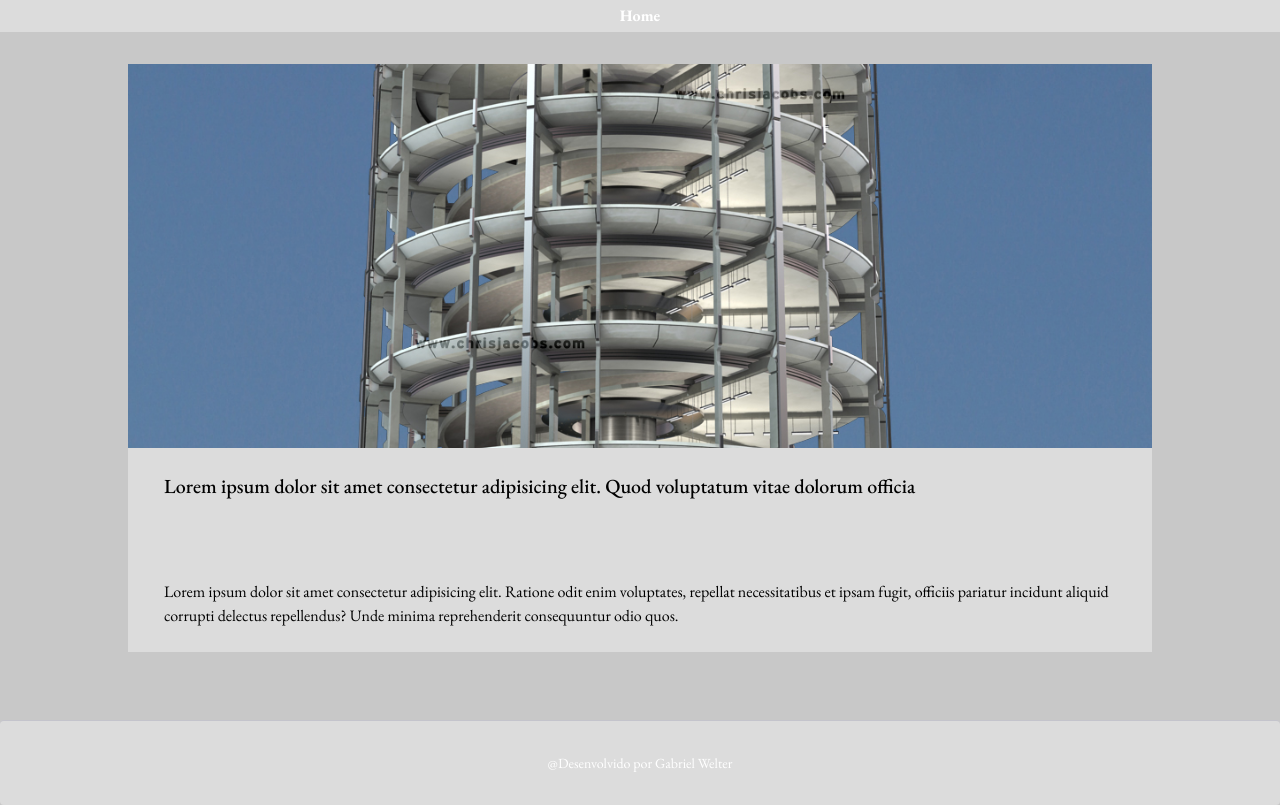
Repository: weltergab/Your-News-2-prismic-cms
Page: /noticiafull
An editor plug-in stored every save of this project. The page is shown before and after the next save, followed by the edit.
The browser window is 1280 px wide. The pictures show the whole page.
The project was rebuilt for these pictures with package versions that can differ from the ones it lists, and the page was loaded fresh each time. The framework's server and built-in components were replaced by stand-ins that run in the browser. Also part of the build but not shown: next.config.js.

Above is the page before, as saved 2023-04-30 20:22:01.

After the next save:
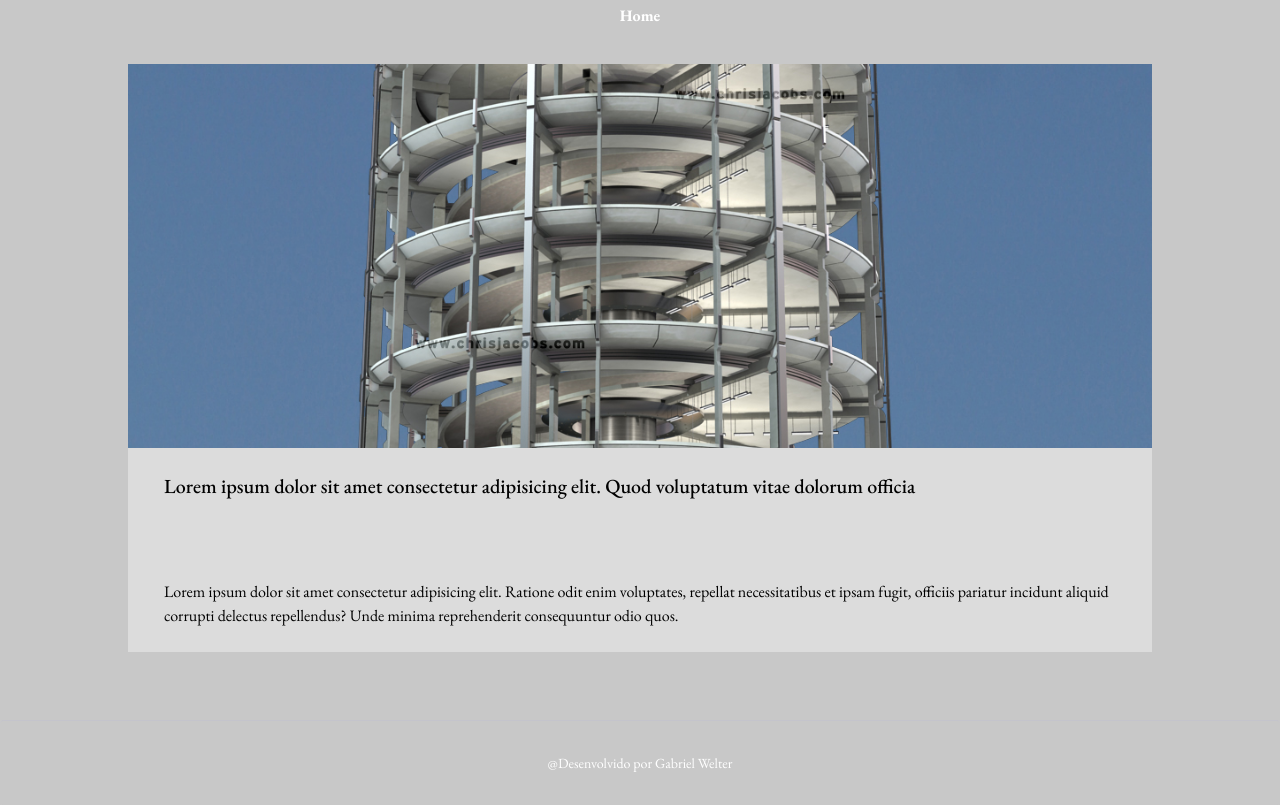
Saved 15 s later.
--- a/tailwind.config.js
+++ b/tailwind.config.js
@@ -88,7 +88,7 @@
           'text': '#FFFFFF',
           'text2': '#000000',
           'div': '#A8A8A8', //#A8A8A8
-          'footer': '#DCDCDC',
+          'footer': '#C8C8C8',
         }
       },
     },
